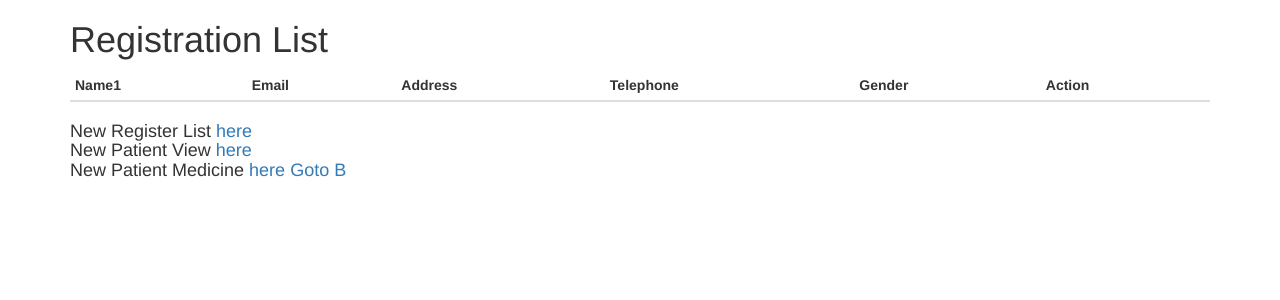
Repository: SACHINnANYAKKARA/2nd_Year_final_Project
Page: http://localhost/SpringMVCHibernateCRUD/WEB-INF/pages/home.jsp
These files come from the project's save history. The page is drawn as it stood at one moment and after the next save; the edit follows.
The browser window is 1280 px wide. The pictures show the whole page.
The page is served by Tomcat 9. Nobody is signed in. The template is opened directly, without the code that normally fills it, so the values that code supplies are empty.

Above is the page before, as saved 2018-03-29 11:37:39.

After the next save:
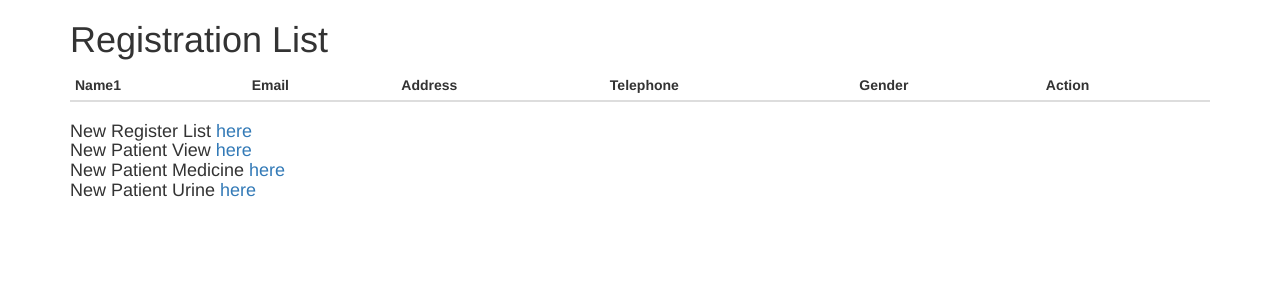
Saved 50 s later.
--- a/SpringMVCHibernateCRUD/src/main/webapp/WEB-INF/pages/home.jsp
+++ b/SpringMVCHibernateCRUD/src/main/webapp/WEB-INF/pages/home.jsp
@@ -52,7 +52,9 @@
 			New Patient View <a href="PatientsView">here</a>
 		    </br>
 		    New Patient Medicine <a href="PatientsMedicines">here</a>
-		    <a href="Patient.jsp">Goto B</a>
+		   <br>
+		   New Patient Urine <a href="Urines">here</a>
+
 
 
 		</h4>
